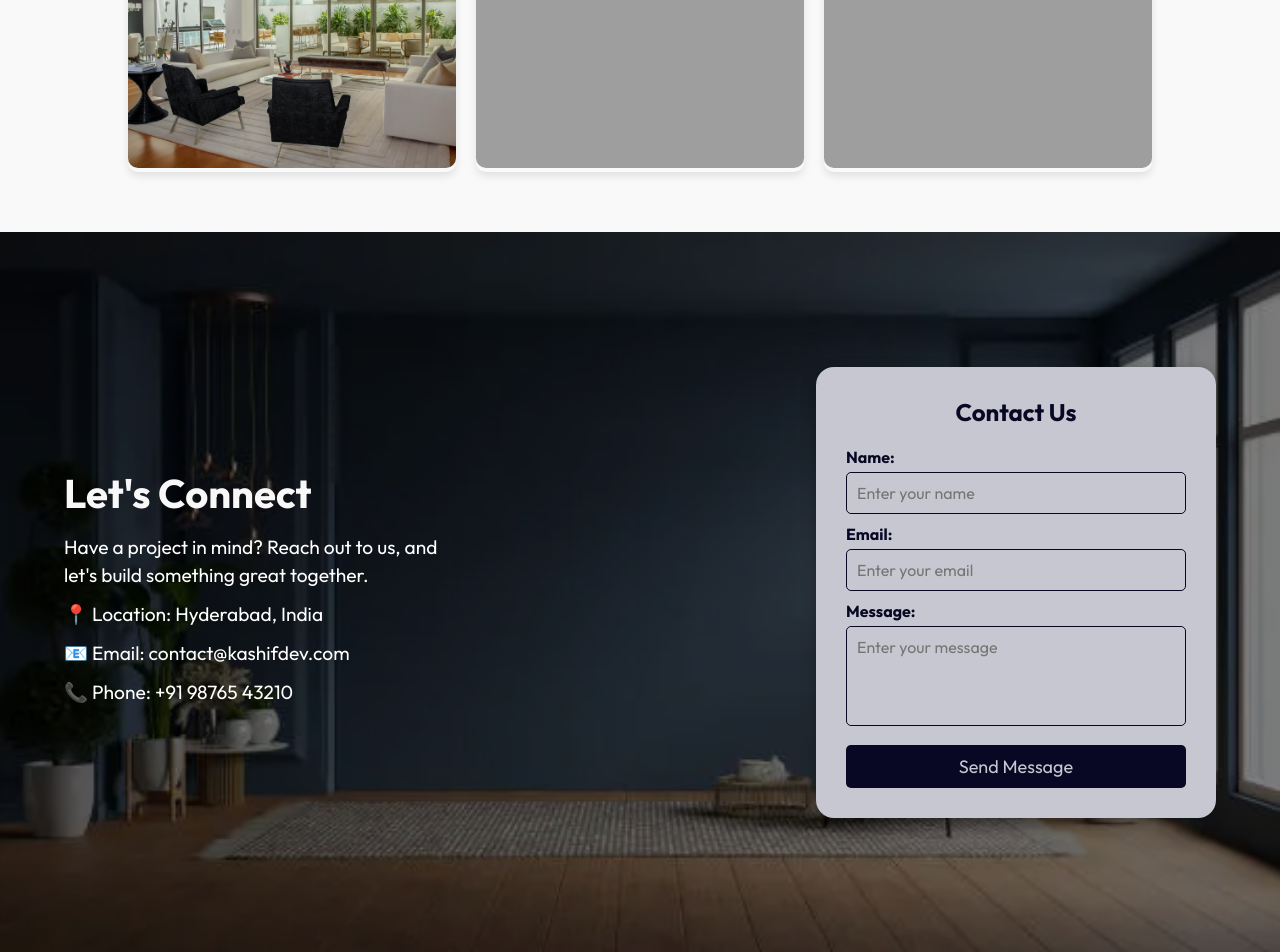
Repository: TechProjectss/Portfolio
Page: / (app in Merajweb/)
An editor plug-in stored every save of this project. The page is shown before and after the next save, followed by the edit.
The browser window is 1280 px wide. The pictures show the part of the page from y = 2747 to 3699 px (the page is 3699 px tall).
Pictures or frames that could not be fetched are drawn as grey boxes. The project was rebuilt for these pictures with package versions that can differ from the ones it lists, and the page was loaded fresh each time. Also part of the build but not shown: Merajweb/vite.config.js.

Above is the page before, as saved 2025-02-26 12:37:56.

After the next save:
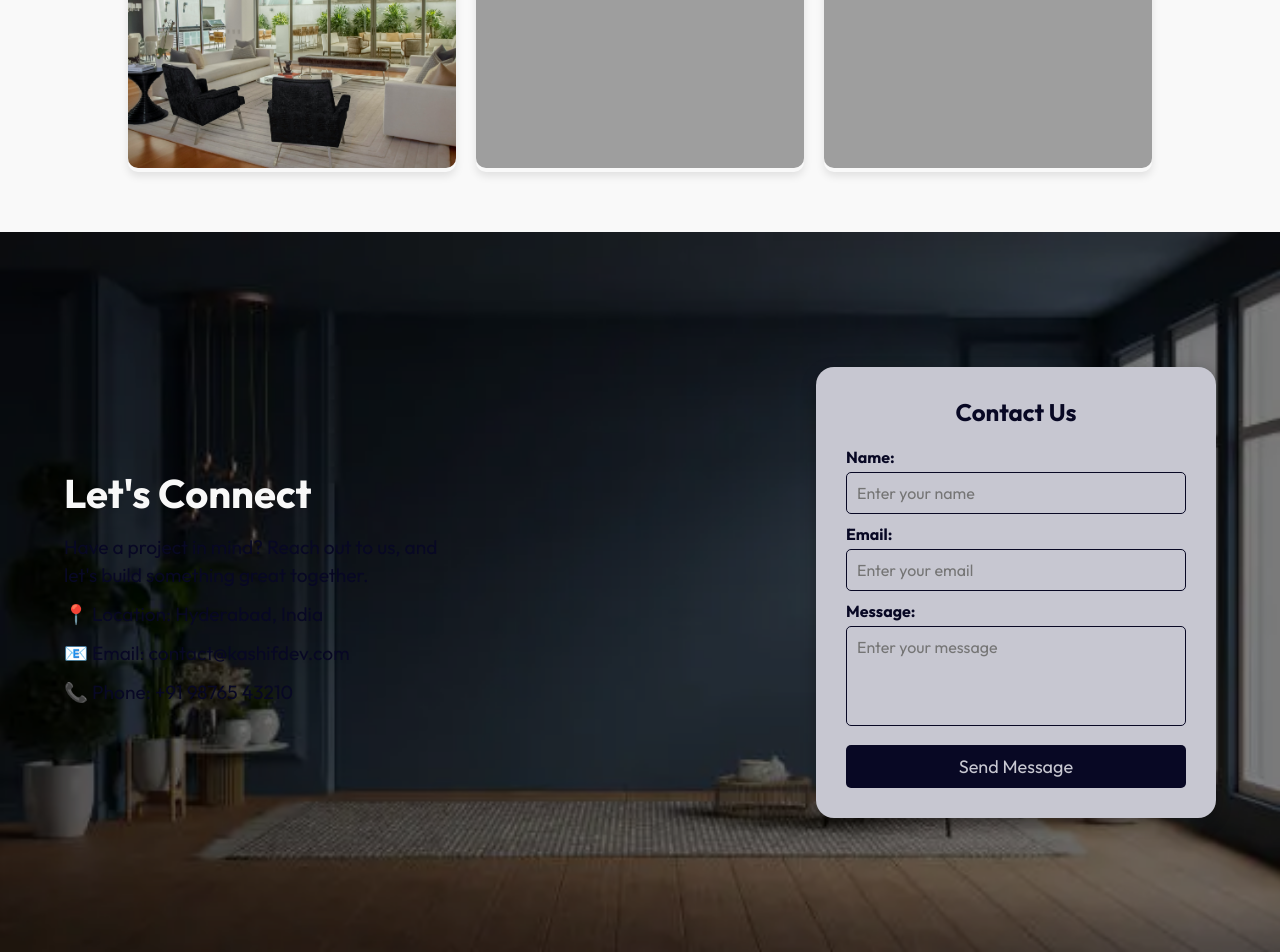
Saved 22 s later.
--- a/Merajweb/src/components/Contact/Contact.css
+++ b/Merajweb/src/components/Contact/Contact.css
@@ -22,7 +22,7 @@
 /* Left Side Content */
 .contact-info {
     max-width: 400px;
-    color: #fff;
+    color: #080824;
     position: relative;
     z-index: 2;
 }

After the save that followed:
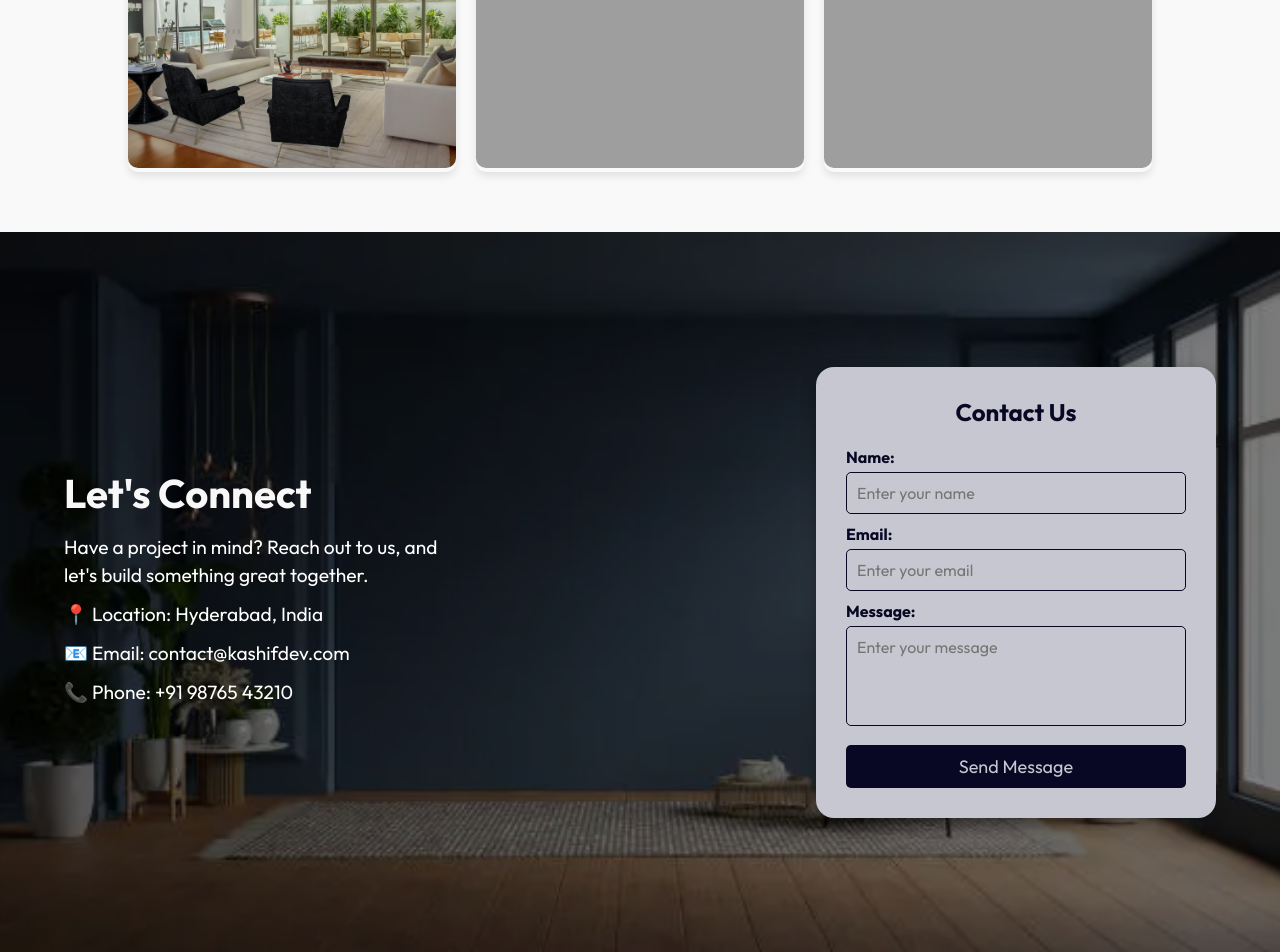
Saved 7 s later.
--- a/Merajweb/src/components/Contact/Contact.css
+++ b/Merajweb/src/components/Contact/Contact.css
@@ -22,7 +22,7 @@
 /* Left Side Content */
 .contact-info {
     max-width: 400px;
-    color: #080824;
+    color: #fff;
     position: relative;
     z-index: 2;
 }
